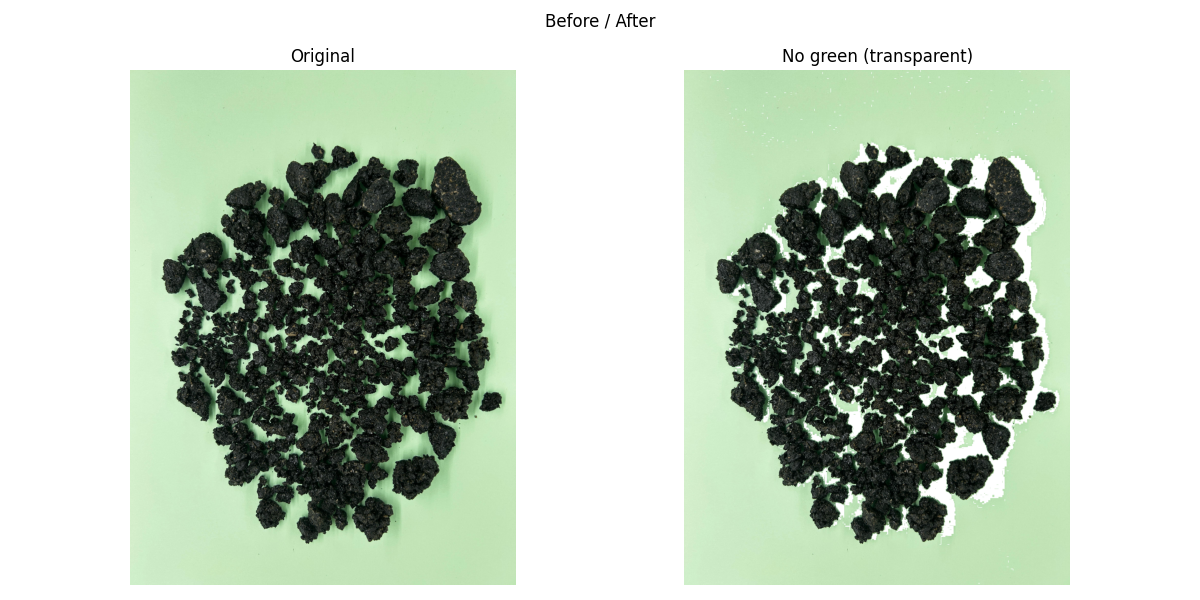
Repository: SebastianCharmot/boil_rocks
Script's output: python process.py
These files come from the project's save history. The script's output is drawn as it stood at one moment and after the next save; the edit follows.
Random numbers start from a fixed seed. It also reads after.JPG.

Above is the script's output before, as saved 2026-01-05 12:25:51.

After the next save:
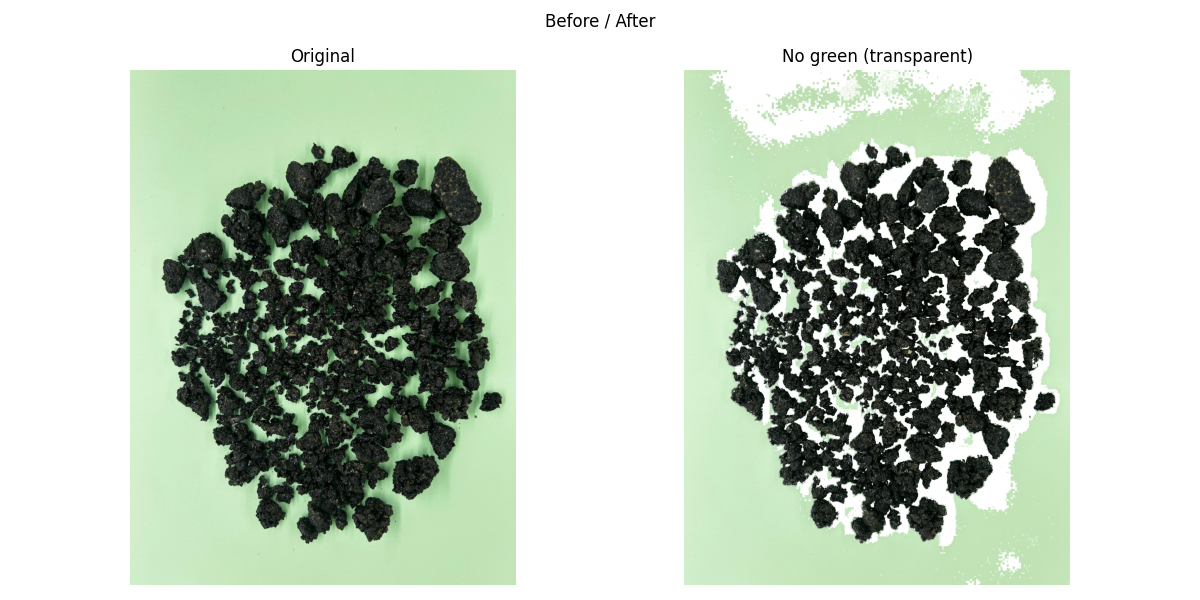
Saved 25 s later.
--- a/process.py
+++ b/process.py
@@ -110,7 +110,7 @@ def main(argv: list[str] | None = None) -> int:
 		print("Error loading image:", e)
 		return 2
 
-	processed = remove_green_pixels(orig, ratio=1.2, diff_thresh=40)
+	processed = remove_green_pixels(orig, ratio=1.2, diff_thresh=10)
 
 	png_path, jpg_path = save_results(orig, processed)
 	print(f"Saved: {png_path}")
